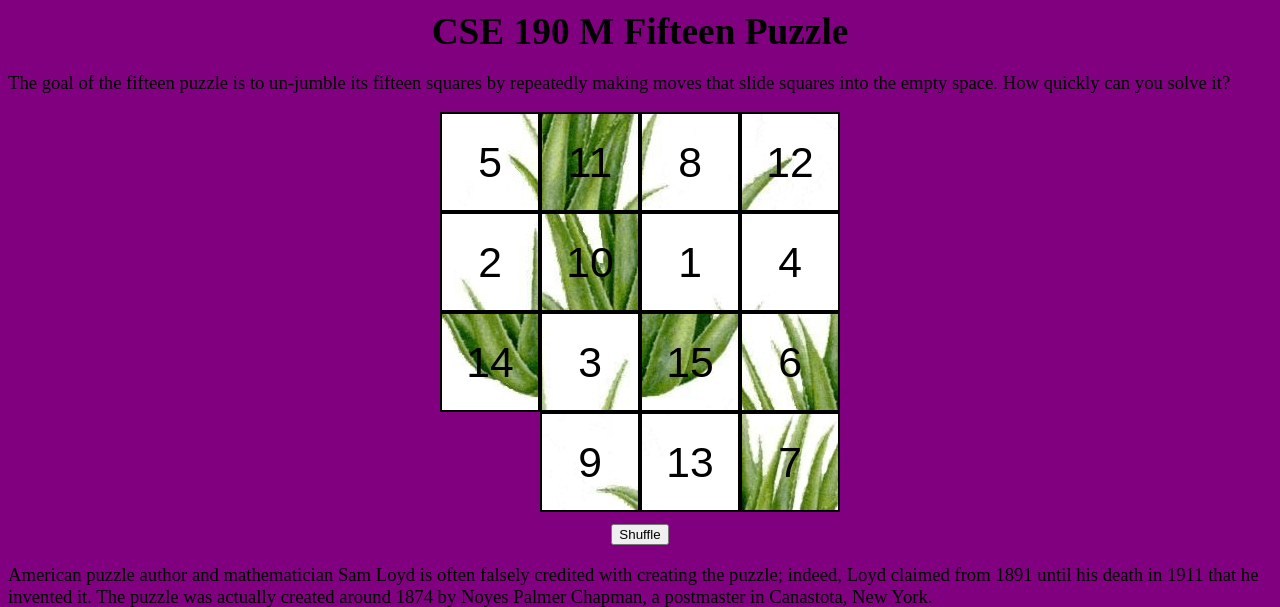
Repository: krhbowen/info2180project2
Page: index.html
The author's editor kept a record of every edit. The page is drawn from the files as they stood at one moment, then again after the next edit.
The browser window is 1280 px wide. The pictures show the part of the page from y = 0 to 607 px (the page is 979 px tall).
After loading, the first visible `#shufflebutton` was clicked once.
A picture or video elsewhere on the page could not be fetched, so the positions and the page height are approximate.

Above is the page before.

### index.html
<!DOCTYPE html PUBLIC "-//W3C//DTD XHTML 1.1//EN" "http://www.w3.org/TR/xhtml11/DTD/xhtml11.dtd">
<html xmlns="http://www.w3.org/1999/xhtml">
	<!--
	CSE 190 M, Spring 2009
	Homework 6: Fifteen Puzzle
	-->

	<head>
		<title>Fifteen Puzzle</title>
		<meta http-equiv="Content-Type" content="text/html; charset=iso-8859-1" />

		<link rel="stylesheet" type="text/css" href="fifteen.css" />
		<link rel="shortcut icon" type="image/gif" href="fifteen.gif" />

		<script src="//www.cs.washington.edu/education/courses/cse190m/09sp/prototype.js" type="text/javascript"></script>
		<script src="fifteen.js" type="text/javascript"></script>
	</head>

	<body>
		<h1>CSE 190 M Fifteen Puzzle</h1>

		<p class="explanation">
			The goal of the fifteen puzzle is to un-jumble its fifteen squares by repeatedly making moves that slide squares into the empty space.  How quickly can you solve it?
		</p>

		<div id="overall">
			<div id="puzzlearea">
				<!-- the following are the fifteen puzzle pieces -->
				<div>1</div>  <div>2</div>  <div>3</div>  <div>4</div>
				<div>5</div>  <div>6</div>  <div>7</div>  <div>8</div>
				<div>9</div>  <div>10</div> <div>11</div> <div>12</div>
				<div>13</div> <div>14</div> <div>15</div>
			</div>

			<div id="controls">
			<button id="shufflebutton">Shuffle</button>
			</div>
		</div>

		<p class="explanation">
			American puzzle author and mathematician Sam Loyd is often falsely credited with creating the puzzle; indeed, Loyd claimed from 1891 until his death in 1911 that he invented it.  The puzzle was actually created around 1874 by Noyes Palmer Chapman, a postmaster in Canastota, New York.
		</p>

		<div id="w3c">
			<a href="//validator.w3.org/check/referer"><img src="//www.cs.washington.edu/education/courses/cse190m/09sp/images/w3c-xhtml.png" alt="Valid XHTML 1.1" /></a>
			<a href="//jigsaw.w3.org/css-validator/check/referer"><img src="//www.cs.washington.edu/education/courses/cse190m/09sp/images/w3c-css.png" alt="Valid CSS" /></a>
			<a href="//webster.cs.washington.edu/jslint/"><img src="//www.cs.washington.edu/education/courses/cse190m/09sp/images/jslint.png" alt="JavaScript Lint" /></a>
		</div>
	</body>
</html>

### fifteen.css
/*
CSE 190 M, Spring 2009, Marty Stepp
Homework 6 (Fifteen Puzzle) style sheet
*/

body {
	background-color: white;
	font-family: cursive;
	font-size: 14pt;
}

#controls, #overall, #puzzlearea {
	width: 400px;
}

#controls {
	padding-top: 10px;
	text-align: center;
}

h1 {
	margin: 10px 0px;
	text-align: center;
}

/* Used to center the puzzle. */
#overall {
	margin-left: auto;
	margin-right: auto;
}

/* The area that holds the 15 puzzle pieces. */
#puzzlearea {
	font-family: sans-serif;
	font-size: 32pt;
	height: 400px;
	padding: 0px;
	position: relative;
}

/* This class should be applied to each of the 15 puzzle pieces. */
.puzzlepiece {
	background-image: url(background.jpeg);
	border: 2px solid black;
	height: 96px;
	line-height: 96px;
	position: absolute;
	text-align: center;
	vertical-align: middle;
	width: 96px;
}

/* This class should be applied to a puzzle piece that can be moved. */
.movablepiece:hover {
	border-color: red;
	color: #006600;
	text-decoration: underline;
}

#w3c {
	text-align: right;
}

#w3c img {
	border: none;
}

### fifteen.js
//var puzzlepieces = $$("div#puzzlearea div");
//for (var i = 0; i < puzzlepieces.length; i++) {
  //  $('puzzlepieces')[i].addClass(puzzlepiece);
//}


var div;
var bl;
var emptyY;
var emptyX;

window.onload = function ()
{
	var puzzlearea = document.getElementById('puzzlearea');

	div = puzzlearea.getElementsByTagName('div');

	for (var i = 0;  i < div.length;  i++)
	{
		div[i].className = 'puzzlepiece';
		div[i].style.top = (parseInt(i/4)*100) + 'px';
        div[i].style.left = (i%4*100)+'px';
		div[i].style.backgroundPosition= '-' + div[i].style.left + ' ' + '-' + div[i].style.top;
		div[i].onmouseover = function()
		{
			if (moveable(parseInt(this.innerHTML)))
			{
				this.style.border = "2px solid red";
				this.style.color = "#006600";
			}
		};
		div[i].onmouseout = function()
		{
			this.style.border = "2px solid black";
			this.style.color = "#000000";
		};

		div[i].onclick = function()
		{
			if (moveable(parseInt(this.innerHTML)))
			{
				swap(this.innerHTML-1);
				if (checkFinish())

	{
					winner();
				}
				return;
			}
		};
	}

	emptyX = '300px';
	emptyY = '300px';
    var bod = document.getElementsByTagName('body');
	    bod[0].style.backgroundColor = "purple";
	var shufflebutton = document.getElementById('shufflebutton');
	shufflebutton.onclick = function()
	{
		for (var i=0; i<250; i++)
		{
			var rand = parseInt(Math.random()* 100) %4;
			if (rand == 0)
			{
				var tmp = checkUp(emptyX, emptyY);
				if ( tmp != -1)
				{
					swap(tmp);
				}
			}
			if (rand == 1)
			{
				var tmp = checkDown(emptyX, emptyY);
				if ( tmp != -1)
				{
					swap(tmp);
				}
			}

			if (rand == 2)
			{
				var tmp = checkLeft(emptyX, emptyY);
				if ( tmp != -1)
				{
					swap(tmp);
				}
			}

			if (rand == 3)
			{
				var tmp = checkRight(emptyX, emptyY);
				if (tmp != -1)
				{
					swap(tmp);
				}
			}
		}
	};
};

function moveable(smt)
{
	if (checkLeft(emptyX, emptyY) == (smt-1))
	{
		return true;
	}

	if (checkDown(emptyX, emptyY) == (smt-1))
	{
		return true;
	}

	if (checkUp(emptyX, emptyY) == (smt-1))
	{
		return true;
	}

	if (checkRight(emptyX, emptyY) == (smt-1))
	{
		return true;
	}
}
function lightUp()
{
	bl --;
	if (bl == 0)
	{
		var body = document.getElementsByTagName('body');
		body[0].style.backgroundColor = "#FFFFFF";
		alert('you win');
		return;
	}
	if (bl % 2)
	{
		var body = document.getElementsByTagName('body');

	body[0].style.backgroundColor = "#00FF00";
	}
	else
	{
		var body = document.getElementsByTagName('body');
		body[0].style.backgroundColor = "#FF0000";
	}
}

function winner()
{
	var body = document.getElementsByTagName('body');
	body[0].style.backgroundColor = "purple";
	bl = 10;

}

function checkFinish()
{
	var t = true;
	for (var i = 0; i < div.length; i++) {
		var y = parseInt(div[i].style.top);
		var x = parseInt(div[i].style.left);

		if (x != (i%4*100) || y != parseInt(i/4)*100)
		{
			t = false;
			break;
		}
	}
	return t;
}

function checkLeft(x, y)
{
	var x = parseInt(x);
	var y = parseInt(y);

	if (x > 0)
	{
		for (var i = 0; i < div.length; i++)
		{
			if (parseInt(div[i].style.left) + 100 == x && parseInt(div[i].style.top) == y)
			{
				return i;
			}
		}
	}
	else
	{
		return -1;
	}
}

function checkRight (x, y) {
	var x = parseInt(x);
	var y = parseInt(y);
	if (x < 300)
	{
		for (var i =0; i<div.length; i++){

	if (parseInt(div[i].style.left) - 100 == x && parseInt(div[i].style.top) == y)
			{
				return i;
			}
		}
	}
	else
	{
		return -1;
	}
}

function checkUp (x, y) {
	var x = parseInt(x);
	var y = parseInt(y);
	if (y > 0)
	{
		for (var i=0; i<div.length; i++)
		{
			if (parseInt(div[i].style.top) + 100 == y && parseInt(div[i].style.left) == x)
			{
				return i;

	}
		}
	}
	else
	{
		return -1;
	}
}

function checkDown (x, y)
{
	var x = parseInt(x);
	var y = parseInt(y);
	if (y < 300)
	{
		for (var i=0; i<div.length; i++)
		{
			if (parseInt(div[i].style.top) - 100 == y && parseInt(div[i].style.left) == x)
			{
				return i;
			}
		}
	}
	else

	{
		return -1;
	}
}

function swap (smt) {
	var temp = div[smt].style.top;
	div[smt].style.top = emptyY;
	emptyY = temp;

	temp = div[smt].style.left;
	div[smt].style.left = emptyX;
	emptyX = temp;
}

After the next edit:
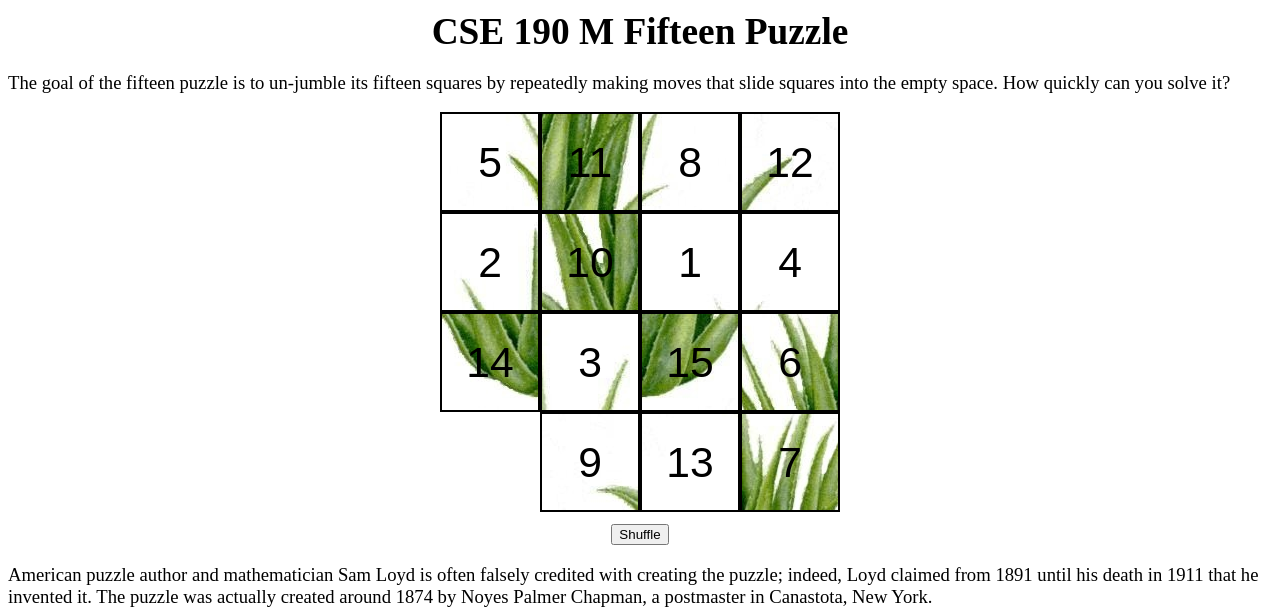
The edit:
--- a/fifteen.js
+++ b/fifteen.js
@@ -57,6 +57,8 @@
 	var shufflebutton = document.getElementById('shufflebutton');
 	shufflebutton.onclick = function()
 	{
+	    var bod = document.getElementsByTagName('body');
+	        bod[0].style.backgroundColor = "#FFFFFF";
 		for (var i=0; i<250; i++)
 		{
 			var rand = parseInt(Math.random()* 100) %4;
